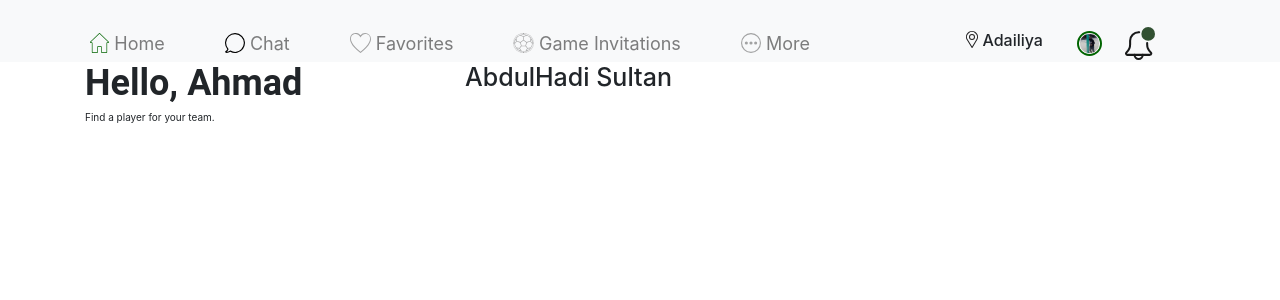
Repository: usman-yousuf/football-website
Page: Home/home.html
These files come from the project's save history. The page is drawn as it stood at one moment and after a run of saves; the edit follows.
The browser window is 1280 px wide. The pictures show the whole page.

Above is the page before, as saved 2021-08-18 11:33:45.
Console error: ReferenceError: $ is not defined

### Home/home.html
<!DOCTYPE html>
<html lang="en">
  <head>
    <meta charset="UTF-8" />
    <meta http-equiv="X-UA-Compatible" content="IE=edge" />
    <meta name="viewport" content="width=device-width, initial-scale=1.0" />
    <link
      rel="stylesheet"
      href="https://cdn.jsdelivr.net/npm/bootstrap@4.6.0/dist/css/bootstrap.min.css"
      integrity="sha384-B0vP5xmATw1+K9KRQjQERJvTumQW0nPEzvF6L/Z6nronJ3oUOFUFpCjEUQouq2+l"
      crossorigin="anonymous"
    />
    <link rel="preconnect" href="https://fonts.googleapis.com" />
    <link rel="preconnect" href="https://fonts.gstatic.com" crossorigin />
    <link
      href="https://fonts.googleapis.com/css2?family=Nunito+Sans:wght@700&display=swap"
      rel="stylesheet"
    />
    <link
      rel="stylesheet"
      href="https://cdnjs.cloudflare.com/ajax/libs/font-awesome/4.7.0/css/font-awesome.min.css"
      integrity="sha512-SfTiTlX6kk+qitfevl/7LibUOeJWlt9rbyDn92a1DqWOw9vWG2MFoays0sgObmWazO5BQPiFucnnEAjpAB+/Sw=="
      crossorigin="anonymous"
    />

    <link rel="stylesheet" href="../assets/main.css" />

    <title>Index.html</title>
    <style></style>
  </head>
  <body>
    <!-- .................Home Page Start ......................... -->

    <!-- .................Home Page NavBar Start ......................... -->

    <nav class="navbar navbar-expand-md navbar-light bg-light">
      <button
        class="navbar-toggler"
        type="button"
        data-toggle="collapse"
        data-target="#navbarTogglerDemo03"
        aria-controls="navbarTogglerDemo03"
        aria-expanded="false"
        aria-label="Toggle navigation"
      >
        <span class="navbar-toggler-icon"></span>
      </button>

      <div class="container">
        <div class="collapse navbar-collapse" id="navbarTogglerDemo03">
          <ul class="navbar-nav mr-auto mt-2 mt-lg-0">
            <li class="nav-item ml-0">
              <a class="nav-link" href="#">
                <span>
                  <img
                    src="../assets/images/home.svg"
                    class="img-fluid"
                    alt="navbar_home"
                  />
                </span>
                Home <span class="sr-only">(current)</span></a
              >
            </li>
            <li class="nav-item">
              <a class="nav-link" href="#">
                <span>
                  <img
                    src="../assets/images/chat.svg"
                    class="img-fluid"
                    alt="navbar_chat"
                  />
                </span>
                Chat</a
              >
            </li>
            <!-- <li class="nav-item dropdown dmenu">
            <a
              class="nav-link dropdown-toggle"
              href="#"
              id="navbardrop"
              data-toggle="dropdown"
            >
              Our Service
            </a>
            <div class="dropdown-menu sm-menu">
              <a class="dropdown-item" href="#">service2</a>
              <a class="dropdown-item" href="#">service 2</a>
              <a class="dropdown-item" href="#">service 3</a>
            </div>
          </li> -->
            <li class="nav-item">
              <a class="nav-link" href="#">
                <span>
                  <img
                    src="../assets/images/favrticon.svg"
                    class="img-fluid"
                    alt="navbar_fvrt"
                  />
                </span>
                Favorites</a
              >
            </li>
            <li class="nav-item">
              <a class="nav-link" href="#">
                <span>
                  <img
                    src="../assets/images/GameInvitation.svg"
                    class="img-fluid"
                    alt="navbar_home"
                  />
                </span>
                Game Invitations</a
              >
            </li>

            <li class="nav-item">
              <a class="nav-link" href="#">
                <span>
                  <img
                    src="../assets/images/moreoption.svg"
                    class="img-fluid"
                    alt="navbar_home"
                  />
                </span>
                More</a
              >
            </li>
          </ul>
          <div class="social-part">
            <a>
              <img
                src="../assets/images/Location.svg"
                class="img-fluid nav_location_img"
                alt="navbar_home"
              />
              <span> Adailiya </span>
            </a>
            <img
              src="../assets/images/Group 24.png"
              class="img-fluid nav_profile"
              alt="Navbar_profile"
            />
            <img
              src="../assets/images/notification.svg"
              class="img-fluid nav_notification_img"
              alt="navbar_home"
            />
          </div>
        </div>
      </div>
    </nav>
    <!-- .................Home Page NavBar End ......................... -->

    <!-- .................Home Page Slider Section Start......................... -->
    <div class="container">
      <div class="row">
        <div class="col-lg-4">
          <div class="ahmed_text_m">
            <h1>Hello, Ahmad</h1>
            <p>Find a player for your team.</p>
          </div>
        </div>
        <div class="col-lg-8">
          <h1>AbdulHadi Sultan</h1>
        </div>
      </div>
    </div>
    <!-- .................Home Page Slider Section End ......................... -->

    <!-- .................Home Page End ......................... -->
    <script src="../assets/main.js"></script>
    <script
      src="https://code.jquery.com/jquery-3.5.1.slim.min.js"
      integrity="sha384-DfXdz2htPH0lsSSs5nCTpuj/zy4C+OGpamoFVy38MVBnE+IbbVYUew+OrCXaRkfj"
      crossorigin="anonymous"
    ></script>
    <script
      src="https://cdn.jsdelivr.net/npm/bootstrap@4.6.0/dist/js/bootstrap.bundle.min.js"
      integrity="sha384-Piv4xVNRyMGpqkS2by6br4gNJ7DXjqk09RmUpJ8jgGtD7zP9yug3goQfGII0yAns"
      crossorigin="anonymous"
    ></script>
  </body>
</html>

### assets/main.css
* {
  padding: 0%;
  margin: 0%;
  box-sizing: border-box;
}
html {
  font-size: 62.5%;
}

/* .................Home Page CSS Start .........................  */
/*
.social-part .fa img {
  padding-right: 20px;
} */
/* ul li a {
  margin-right: 20px;
} */
.navbar-expand-md {
  padding: 2.5rem 0rem 0rem 0rem;
}
.nav-item img {
  margin-top: -0.4rem;
}
.navbar-nav li {
  font-size: 1.8rem;
  color: #212121;
  margin-left: 5rem;
}
.social-part a {
  margin-right: 1rem;
  font-size: 1.6rem;
  font-weight: 500;
}
.social-part {
  margin-right: 4rem;
}
.nav_profile {
  width: 2.5rem;
  border: 0.2rem solid #006400;
  border-radius: 10rem;
  margin-left: 2rem;
}
.nav_notification_img {
  width: 3rem;
  margin-left: 2rem;
}
.nav_location_img {
  margin-top: -0.4rem;
  width: 1.2rem;
}
.ahmed_text_m h1 {
  font-family: Roboto;
  font-weight: bold;
  font-size: 3.6rem;
}
/* .................Home Page CSS End .........................  */

### assets/main.js
$(document).ready(function () {
  $(".navbar-light .dmenu").hover(
    function () {
      $(this).find(".sm-menu").first().stop(true, true).slideDown(150);
    },
    function () {
      $(this).find(".sm-menu").first().stop(true, true).slideUp(105);
    }
  );
});

After the next 5 saves:
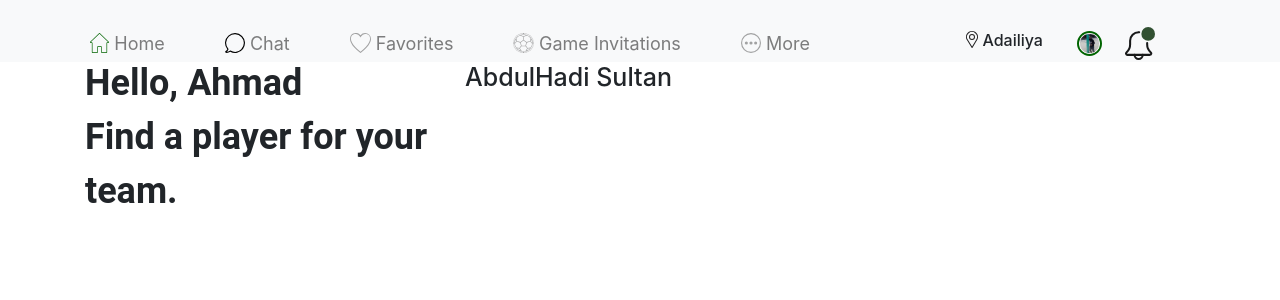
The 5 saves are shown as one change because they came seconds apart.
The last was saved 30 s later.
--- a/assets/main.css
+++ b/assets/main.css
@@ -53,4 +53,10 @@
   font-weight: bold;
   font-size: 3.6rem;
 }
+
+.ahmed_text_m p {
+  font-family: Roboto;
+  font-weight: bold;
+  font-size: 3.6rem;
+}
 /* .................Home Page CSS End .........................  */
